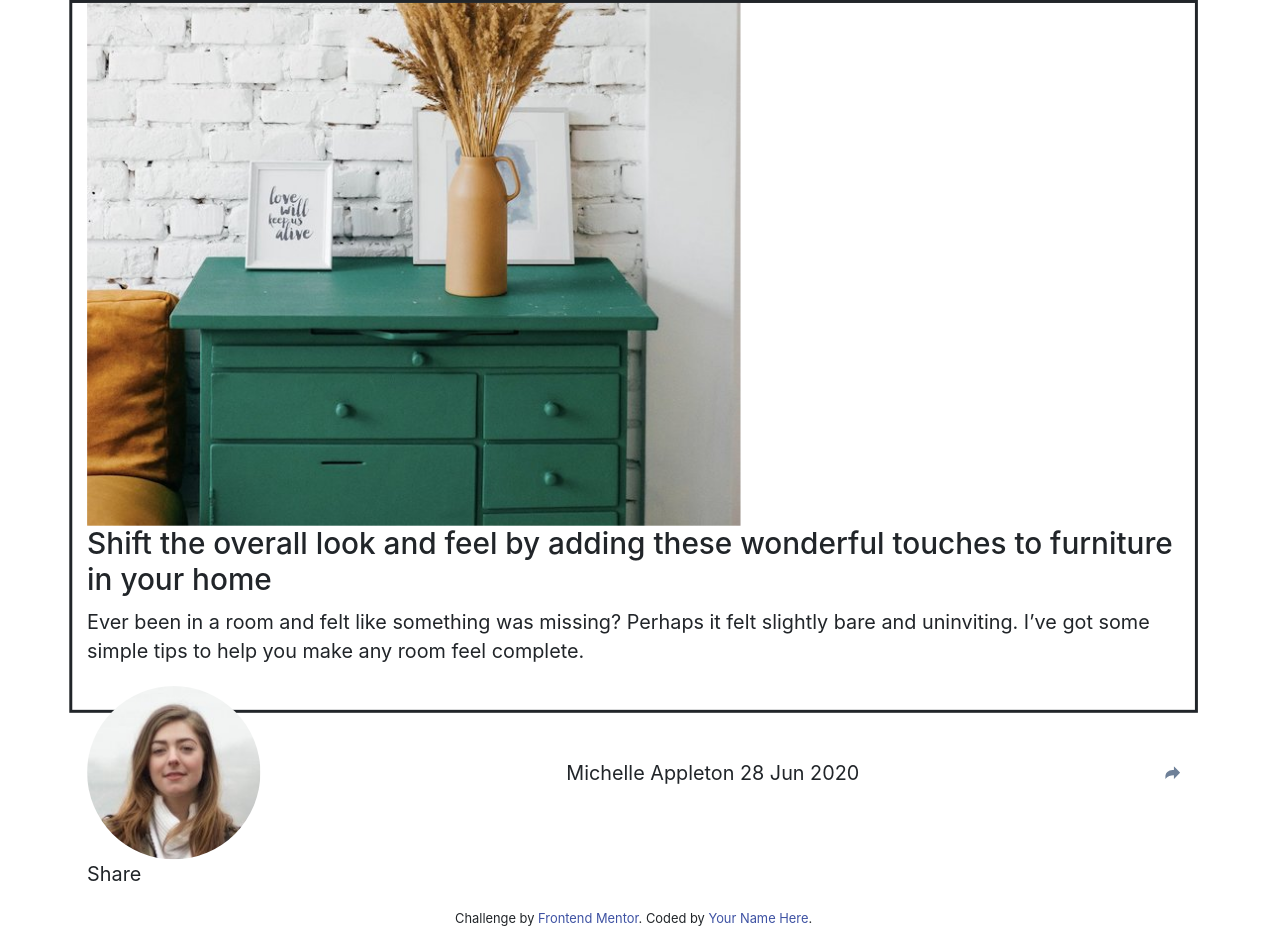
Repository: timiodulate/Article-Preview-Component
Page: index.html
These files come from the project's save history. The page is drawn as it stood at one moment and after the next save; the edit follows.
The browser window is 1280 px wide. The pictures show the whole page, at 99% of full size.

Above is the page before, as saved 2020-07-11 11:24:46.

After the next save:
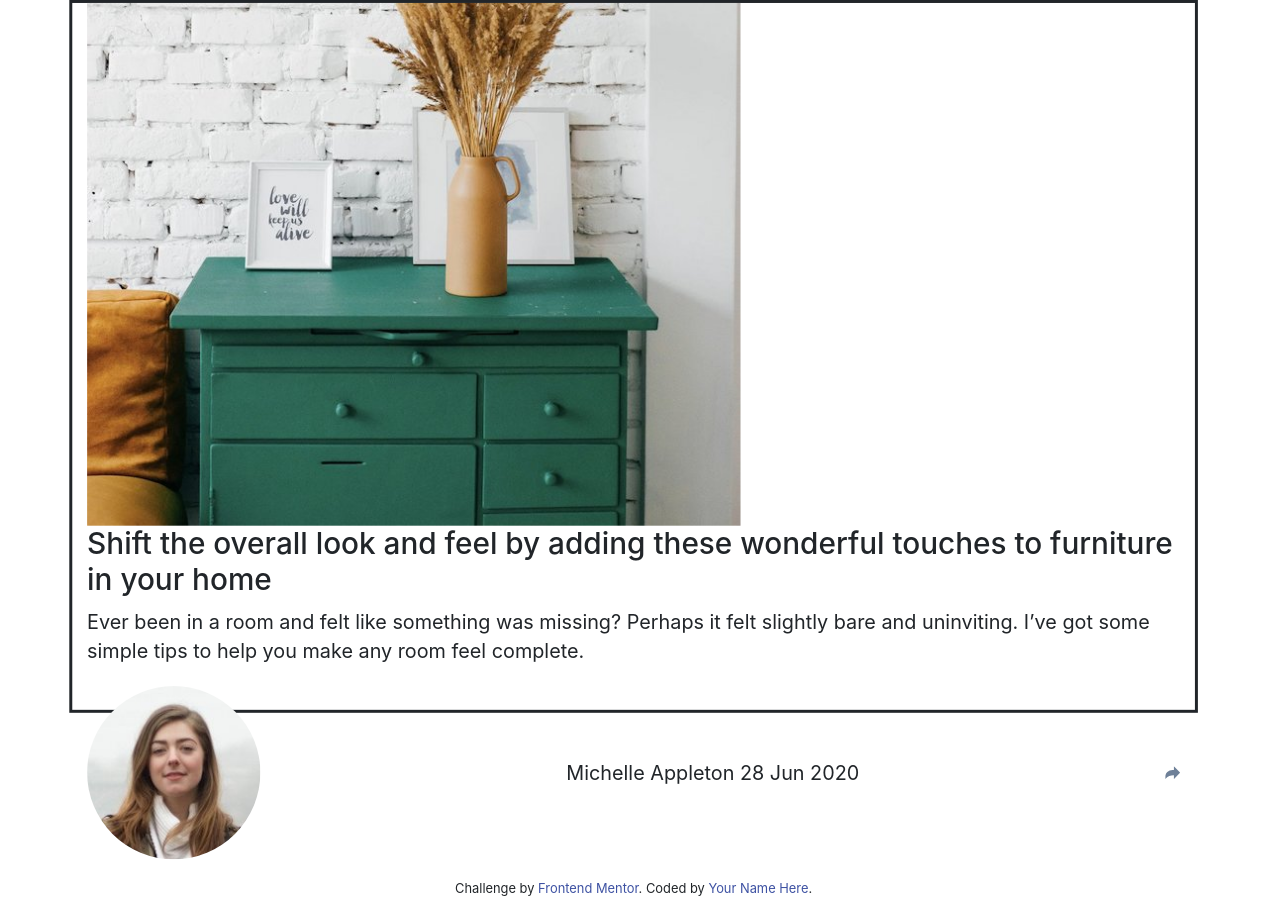
Saved 16 s later.
--- a/index.html
+++ b/index.html
@@ -45,10 +45,6 @@
           <img src="./images/icon-share.svg" alt="">
         </div>
       </div>
-
-
-
-      Share
     </div>
     <div class="attribution">
       Challenge by <a href="https://www.frontendmentor.io?ref=challenge" target="_blank">Frontend Mentor</a>.
